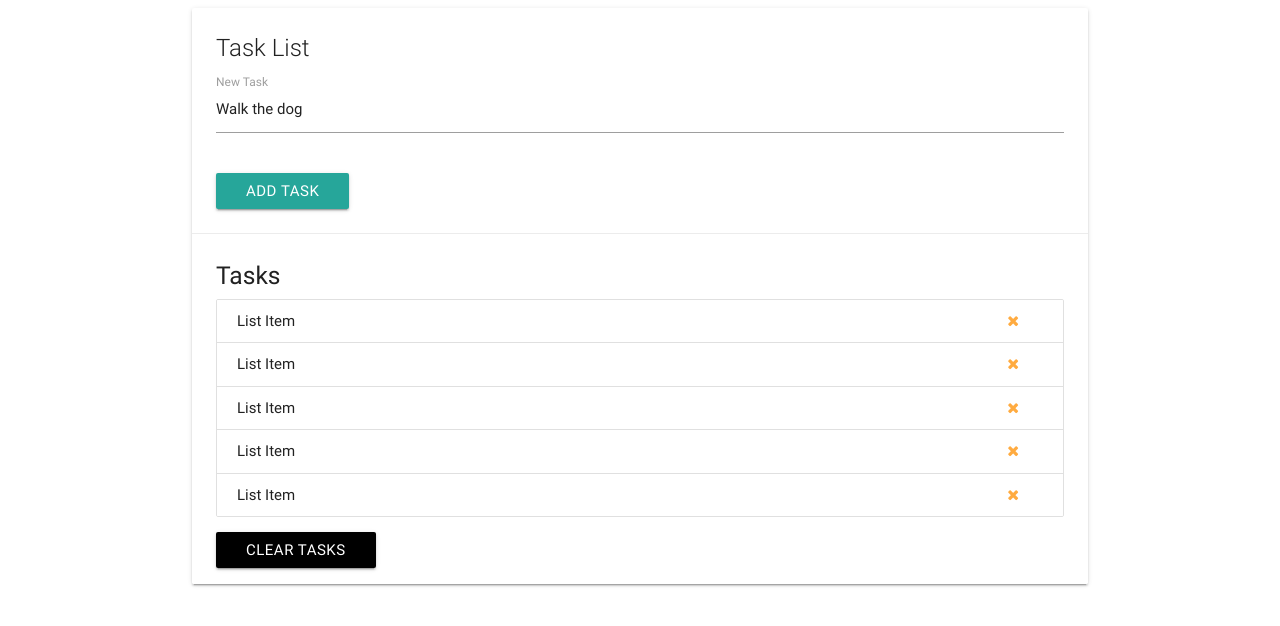
Repository: brianokanga/modern-javascript
Page: Section 3/index.html
These files come from the project's save history. The page is drawn as it stood at one moment and after the next save; the edit follows.
The browser window is 1280 px wide. The pictures show the whole page.
Some web libraries are served in a nearby version.

Above is the page before, as saved 2020-04-03 02:59:04.

### Section 3/index.html
<!DOCTYPE html>
<html lang="en">

<head>
  <meta charset="UTF-8">
  <meta name="viewport" content="width=device-width, initial-scale=1.0">
  <meta http-equiv="X-UA-Compatible" content="ie=edge">
  <link rel="stylesheet" href="https://cdnjs.cloudflare.com/ajax/libs/materialize/0.100.2/css/materialize.min.css">
  <link href="https://maxcdn.bootstrapcdn.com/font-awesome/4.7.0/css/font-awesome.min.css" rel="stylesheet" integrity="sha384-wvfXpqpZZVQGK6TAh5PVlGOfQNHSoD2xbE+QkPxCAFlNEevoEH3Sl0sibVcOQVnN"
    crossorigin="anonymous">
  <title>Task List</title>
</head>

<body>
  <div class="container">
    <div class="row">
      <div class="col s12">
        <div id="main" class="card">
          <div class="card-content">
            <span class="card-title">Task List</span>
            <div class="row">
              <form id="task-form">
                <div class="input-field col s12">
                  <input type="text" name="task" id="task" value="Walk the dog">
                  <label for="task">New Task</label>
                </div>
            </div>
            <input type="submit" value="Add Task" class="btn">
            </form>
          </div>
          <div class="card-action">
            <h5 id="task-title">Tasks</h5>
            <ul class="collection">
              <li class="collection-item">
                List Item
                <a href="#" class="delete-item secondary-content">
                  <i class="fa fa-remove"></i>
                </a>
              </li>
              <li class="collection-item">
                List Item
                <a href="#" class="delete-item secondary-content">
                  <i class="fa fa-remove"></i>
                </a>
              </li>
              <li class="collection-item">
                List Item
                <a href="#" class="delete-item secondary-content">
                  <i class="fa fa-remove"></i>
                </a>
              </li>
              <li class="collection-item">
                List Item
                <a href="#" class="delete-item secondary-content">
                  <i class="fa fa-remove"></i>
                </a>
              </li>
              <li class="collection-item">
                List Item
                <a href="#" class="delete-item secondary-content">
                  <i class="fa fa-remove"></i>
                </a>
              </li>
            </ul>
            <a class="clear-tasks btn black" href="">Clear Tasks</a>
          </div>
        </div>
      </div>
    </div>
  </div>
  <script src="https://code.jquery.com/jquery-3.2.1.js" integrity="sha256-DZAnKJ/6XZ9si04Hgrsxu/8s717jcIzLy3oi35EouyE=" crossorigin="anonymous"></script>
  <script src="https://cdnjs.cloudflare.com/ajax/libs/materialize/0.100.2/js/materialize.min.js"></script>
  <script src="app.js"></script>
</body>

</html>

### Section 3/app.js
// let val ;
// val = document;
// val = document.all;
// val = document.all[2];
// val = document.all.length;
// val = document.head;
// val = document.body;
// val = document.domain;
// val = document.URL;
// val = document.characterSet;
// val = document.contentType;

// val = document.forms;
// val = document.forms[0];
// val = document.forms[0].id;
// val = document.forms[0].method;
// val = document.forms[0].action;



// val = document.links;
// val = document.links[0];
// val = document.links[0].id;
// val = document.links[0].className;
// val = document.links[0].classList[0];

// val = document.images;

// val = document.scripts;
// val = document.scripts[2].getAttribute('src');


// let scripts = document.scripts;

// let scriptsArr = Array.from(scripts);

// scriptsArr.forEach(function(script){
//     console.log(scripts);
// })

// // console.log(val);

// //JS SELECTORS

// //1. getElementById
// //console.log(document.getElementById('task-title'));
// // console.log(document.getElementById('task-title').id);
// // console.log(document.getElementById('task-title').className);

// const taskTitle = document.getElementById('task-title');

// //change styling
// taskTitle.style.background = '#333';
// taskTitle.style.color = '#fff';
// taskTitle.style.padding = '5px';

// // change the content
// taskTitle.textContent = 'Task lists';
// taskTitle.innerText = 'My Tasks';
// taskTitle.innerHTML = '<span style="color: red">Task List</span>';

// //2. Document.querySelector()
// console.log(document.querySelector('#task-title'));
// console.log(document.querySelector('.card-title'));

// document.querySelector('li').style.color = 'red';
// document.querySelector('li:last-child').style.color = 'red';
// document.querySelector('li:nth-child(3)').style.color = 'yellow';
// document.querySelector('li:nth-child(4)').textContent = 'we there';
// document.querySelector('li:nth-child(odd)').style.background = 'gray';
// document.querySelector('li:nth-child(even)').style.background = 'purple';

//documents.getElementsByClassName
// const items = document.getElementsByClassName('collection-item');
// console.log(items);
// console.log(items[0]);

// items[0].style.color = 'red';
// items[3].textContent = 'majukumu';

// const listItems = document.querySelector('ul').getElementsByClassName = ('collection-item');

//getElementsByTagName
// let lis = document.getElementsByTagName('li');
// console.log(lis);
// console.log(lis[0]);
// lis[0].style.color = 'red';
// lis[3].textContent = 'majukumu';

// //Convert HTML collection into array
// lis = Array.from(lis);

// lis.reverse();

// lis.forEach(function(li, index){
//     console.log(li.className);
//     li.textContent = `${index}: Todos`
// });

// console.log(lis);

//document.QuerySelectorAll()     returns a node list
const items = document.querySelectorAll('ul.collection li.collection-item');

console.log(items);

After the next save:
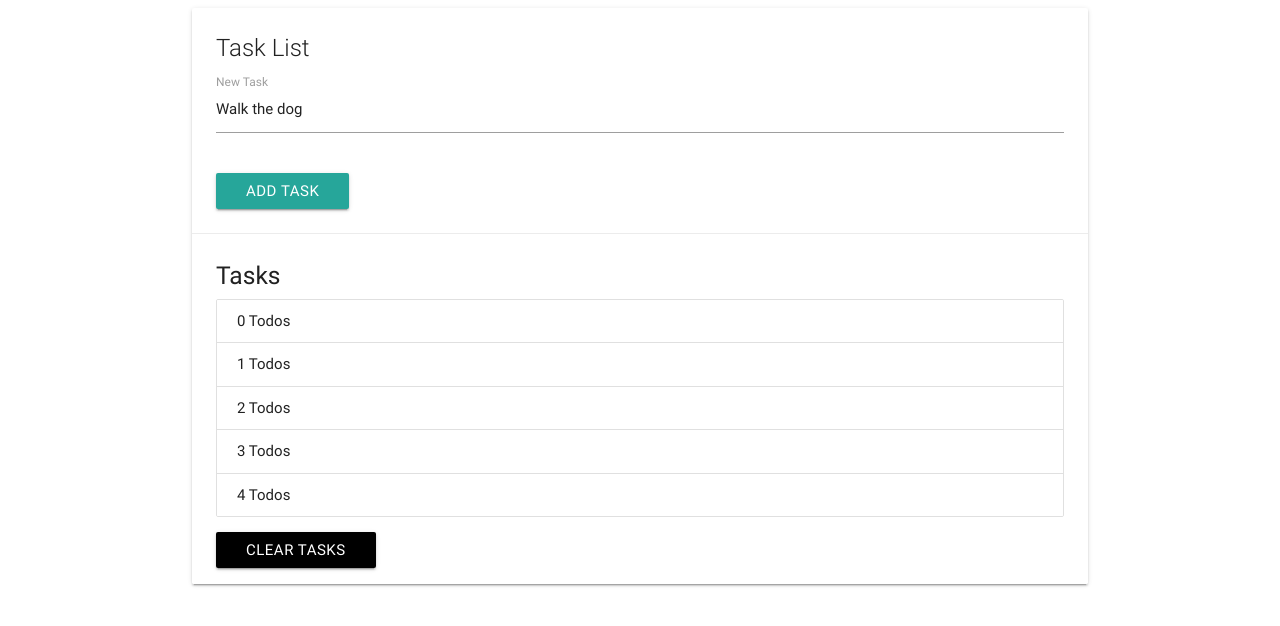
Saved 5 min 25 s later.
--- a/Section 3/app.js
+++ b/Section 3/app.js
@@ -101,5 +101,8 @@
 
 //document.QuerySelectorAll()     returns a node list
 const items = document.querySelectorAll('ul.collection li.collection-item');
+items.forEach(function(item, index){
+    item.textContent = `${index} Todos`;
+});
 
 console.log(items);
